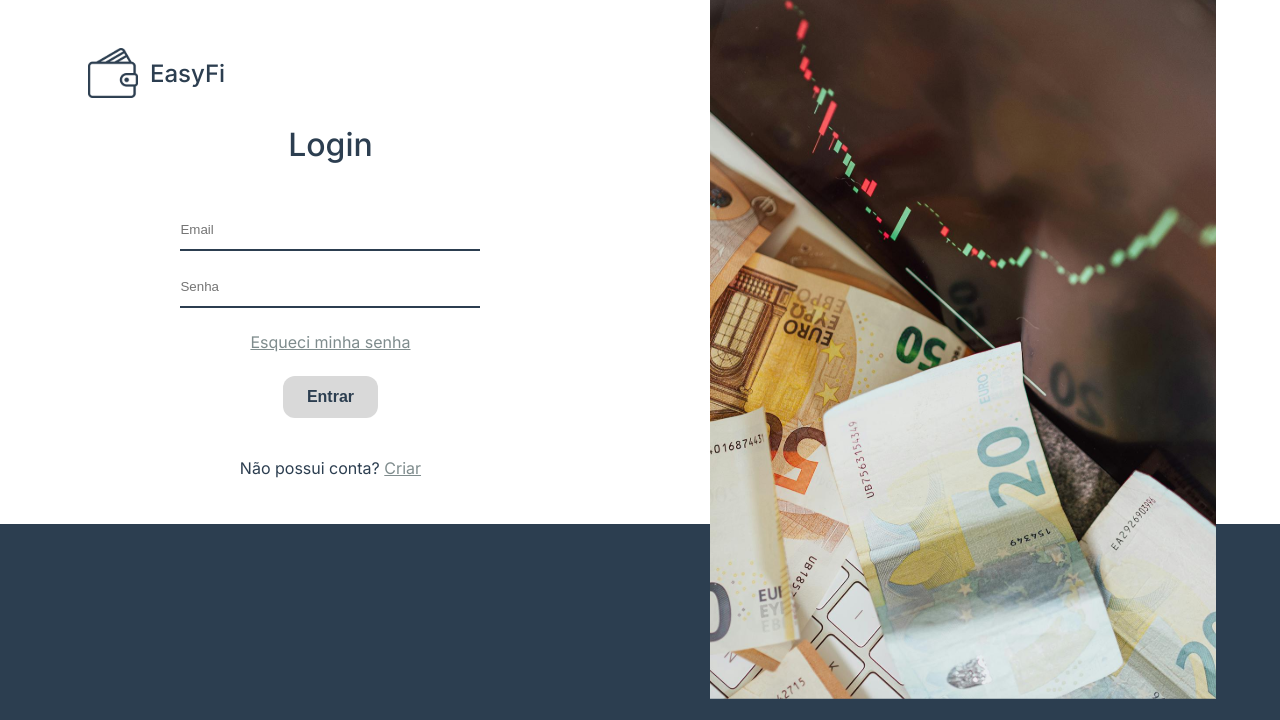
Repository: Ingridiag/projeto-engenharia
Page: login.html
These files come from the project's save history. The page is drawn as it stood at one moment and after a run of saves; the edit follows.
The browser window is 1280 px wide. The pictures show the whole page.

Above is the page before, as saved 2024-10-28 16:43:29.

### login.html
<!DOCTYPE html>
<html lang="pt">

<head>
    <meta charset="UTF-8">
    <meta name="viewport" content="width=device-width, initial-scale=1.0">
    <link rel="preconnect" href="https://fonts.googleapis.com">
<link rel="preconnect" href="https://fonts.gstatic.com" crossorigin>
<link href="https://fonts.googleapis.com/css2?family=Inter:ital,opsz,wght@0,14..32,100..900;1,14..32,100..900&display=swap"
rel="stylesheet">
    <link rel="stylesheet" href="style.css">
    <title>Login</title>
</head>

<body>
    <div class="container">

        <!-- Tela Login -->
        <div class="login">
            <div class="primeira-coluna">
                <div class="logo">
                    <img src="imagens/logo-azul 1.svg" alt="logo">
                    <h1>EasyFi</h1>
                </div>
                <div class="formulario">
                    <h1 class="title">Login</h1>
                    <form >
                        <input type="email" placeholder="Email">
                        <input type="password" placeholder="Senha">
                    </form>
                    <div class="uses">
                        <a href="#" class="link">Esqueci minha senha</a>

                    </div>
                    <div class="btn-default">
                        <button>
                            Entrar
                        </button>
                    </div>
                    <div >
                        <p>Não possui conta?
                            <span>
                                <a href="#" class="link">Criar</a>
                            </span>
                        </p>
                    </div>
                </div>
            </div>
            <div class="decor">
                <h3 class="mensagem">
                    facilite a organização dos seus gastos
                </h3>
                <img src="imagens/imagem_background.svg" alt="imagem_background">
            </div>
        </div>



        <div class="cadastro">
            <!-- Tela Cadastro -->
            <div class="decor">
                <h3 class="mensagem">
                    facilite a organização dos seus gastos
                </h3>
            </div>

            <div class="primeira-coluna">
                <div class="logo">
                    <img src="imagens/logo-azul 1.svg" alt="logo">
                    <h1>EasyFi</h1>
                </div>
                <div class="formulario">
                    <h1 class="title">Criar Conta</h1>
                    <form >
                        <input type="text" placeholder="Nome">
                        <input type="email" placeholder="Email">
                        <input type="password" placeholder="Senha">
                        <input type="password" placeholder=" Confirmar senha">
                    </form>
                    <div>
                        <a href="#" class="link">Esqueci minha senha</a>

                    </div>
                    <div class="btn-default">
                        <button>
                            Entrar
                        </button>
                    </div>
                    <div class="uses">
                        <p>Já possui conta?
                            <span>
                                <a href="#" class="link">Login</a>
                            </span>
                        </p>
                    </div>
                </div>
            </div>
        </div>


    </div>

</body>

</html>

### style.css
body {
    margin: 0;
    padding: 0;
    box-sizing: border-box;
    background: #2C3E50;
    font-family: "Inter", sans-serif;
}

.container {
    display: flex;
    justify-content: center;
    align-items: center;
    margin: 0 auto;
}

.login {
    width: 100%;
    height: 55vh;
    padding: 5%;
    display: flex;
    align-items: center;
    background: #fff;
    justify-content: space-between;
}

.primeira-coluna {
    width: 70%;
    display: flex;
    flex-direction: column;
    justify-content: center;
    /* background: #909090; */
}

.logo {
    display: flex;
    gap: 12px;
    align-items: center;
    padding: 12px 24px 0;
    color: #2C3E50;

    h1 {
        font-size: 24px;
        font-weight: 500;
    }
    img{
        width: 50px;

    }

}

.formulario {
    display: flex;
    flex-direction: column;
    align-items: center;
    gap: 24px;
    color: #2C3E50;
    h1{
        font-weight: 500;}
}

.formulario form {
    display: flex;
    flex-direction: column;
    gap: 16px;
}

.formulario form input {
    width: 300px;
    padding: 12px 0px;
    background: none;
    border: none;
    border-bottom: 2px solid #2C3E50;
    outline: none;
    color: #2C3E50;

}

.formulario a {
    color: #7F8C8D;
}

.btn-default button {
    background: #D9D9D9;
    border: none;
    border-radius: 12px;
    padding: 12px 24px;
    font-size: 16px;
    transition: 0.2s ease;
    cursor: pointer;
    color: #2C3E50;
    font-weight: 600;
}

.btn-default button:hover {
    background: #F4EEEE;
    color: #577695;
    transform: scale(1.1);
}
.decor{
   display: flex;
   /* img{
    width: 100%;
    height: 80%;
   } */
}

.cadastro {
    display: none;
    flex-direction: column;
    position: relative;
}

After the next 4 saves:
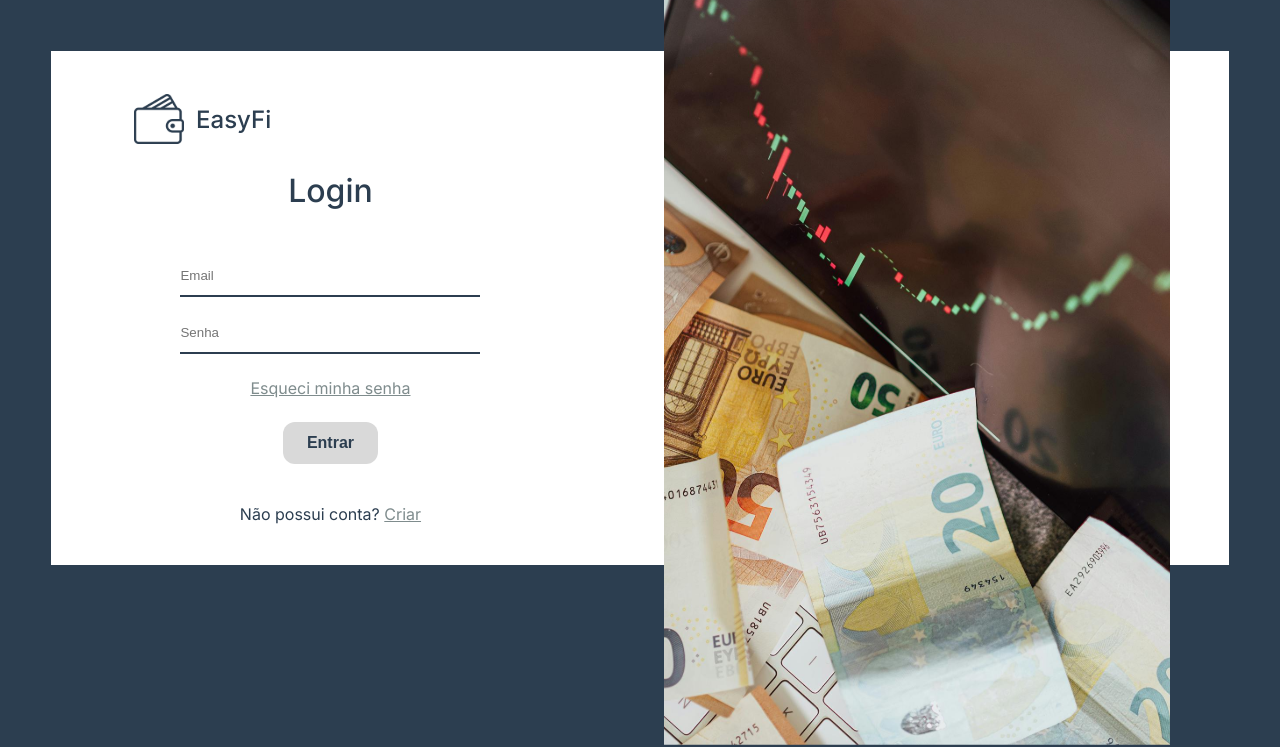
The 4 saves are shown as one change because they came seconds apart.
The last was saved 11 s later.
--- a/style.css
+++ b/style.css
@@ -11,6 +11,7 @@ body {
     justify-content: center;
     align-items: center;
     margin: 0 auto;
+    padding: 4%;
 }
 
 .login {

After the save that followed:
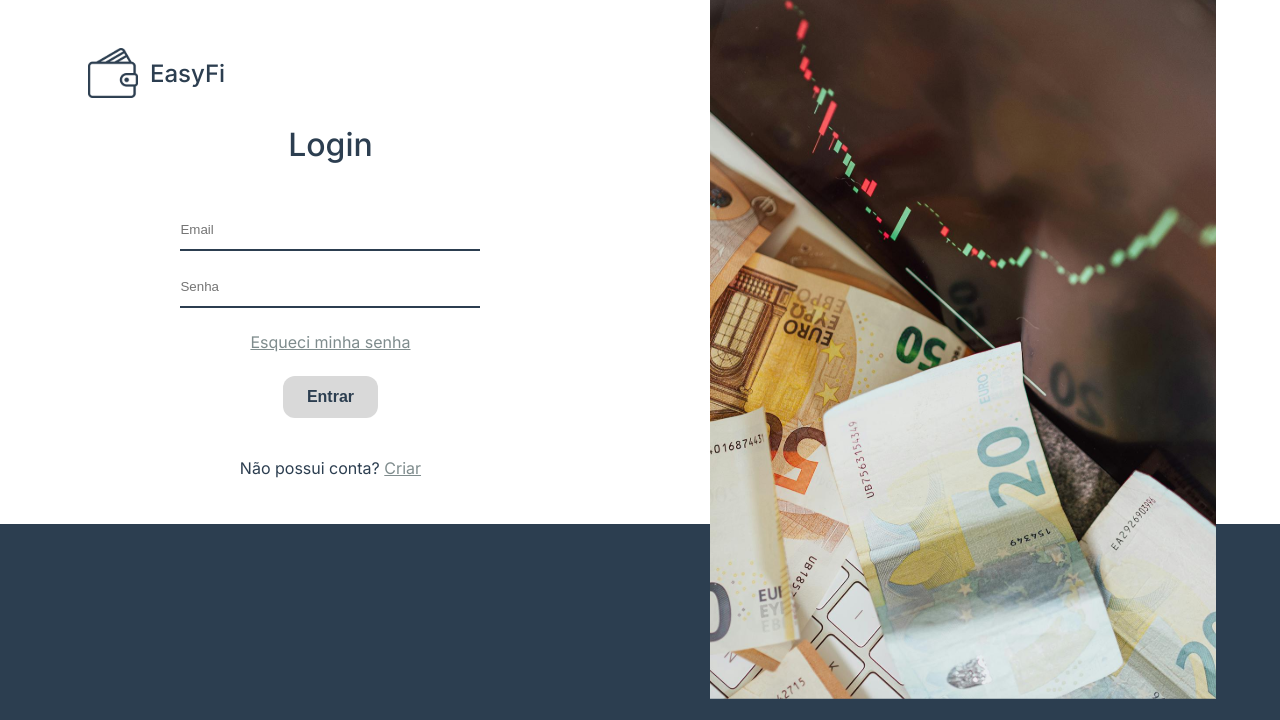
Saved 6 s later.
--- a/style.css
+++ b/style.css
@@ -11,7 +11,6 @@ body {
     justify-content: center;
     align-items: center;
     margin: 0 auto;
-    padding: 4%;
 }
 
 .login {
